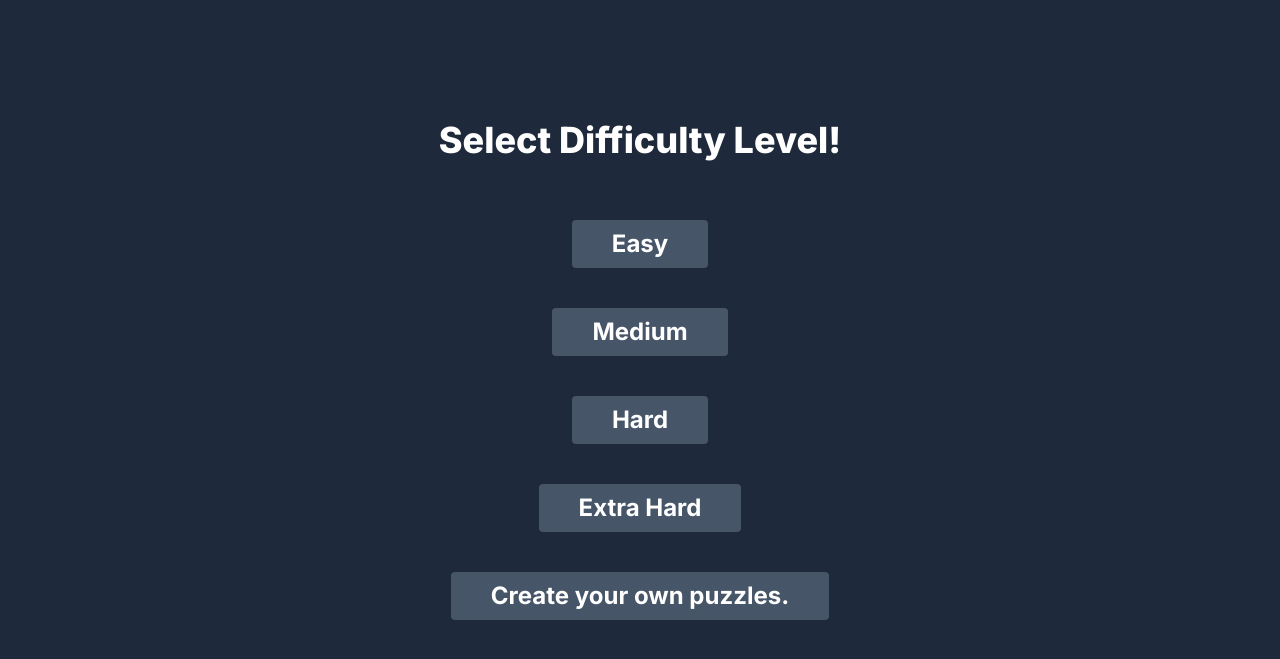
Repository: badhon252/sudoku
Page: /level
These files come from the project's save history. The page is drawn as it stood at one moment and after the next save; the edit follows.
The browser window is 1280 px wide. The pictures show the whole page.
The project was rebuilt for these pictures with package versions that can differ from the ones it lists, and the page was loaded fresh each time. The framework's server and built-in components were replaced by stand-ins that run in the browser. Also part of the build but not shown: next.config.js.

Above is the page before, as saved 2023-06-04 21:56:27.

After the next save:
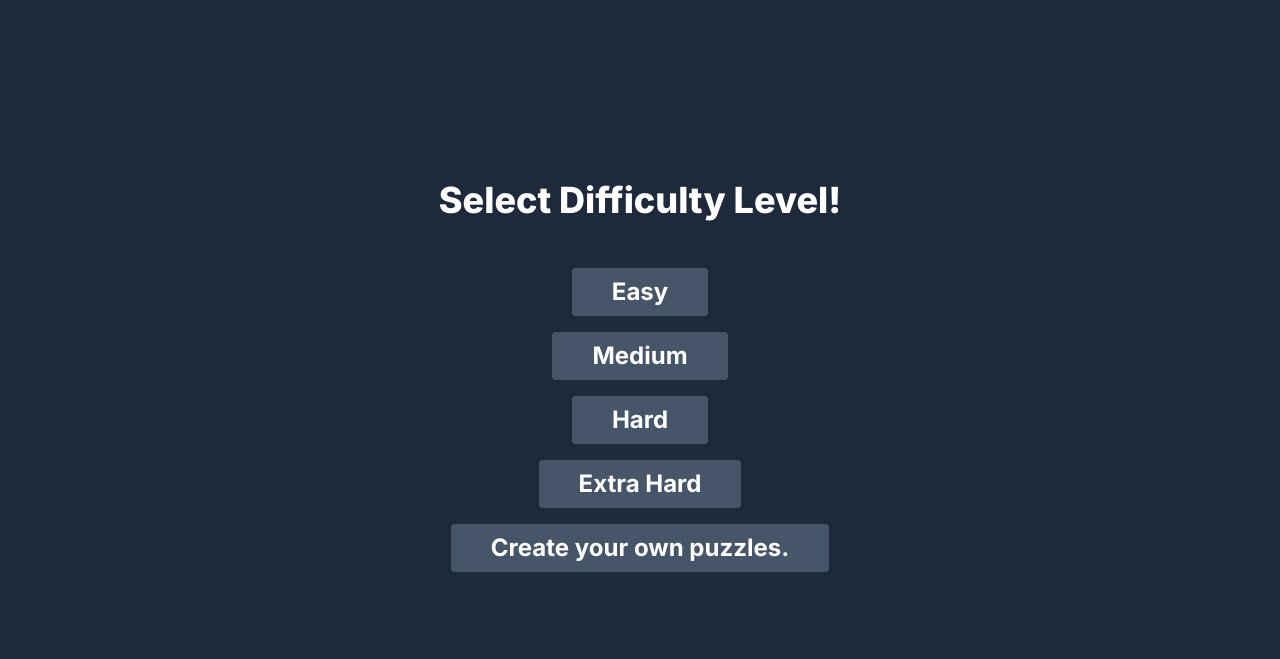
Saved 14 s later.
--- a/app/level/page.tsx
+++ b/app/level/page.tsx
@@ -4,12 +4,12 @@ export default function Level() {
   return (
     <div className='min-h-screen flex flex-col items-center justify-center bg-slate-800 text-white'>
         <h1 className='text-4xl font-extrabold my-10'>Select Difficulty Level! </h1>
-        <button type='button' className='my-5 py-2 px-10 text-2xl font-bold bg-slate-600 rounded'>Easy</button>
-        <button type='button' className='my-5 py-2 px-10 text-2xl font-bold bg-slate-600 rounded'>Medium</button>
-        <button type='button' className='my-5 py-2 px-10 text-2xl font-bold bg-slate-600 rounded'>Hard</button>
-        <button type='button' className='my-5 py-2 px-10 text-2xl font-bold bg-slate-600 rounded'>Extra Hard</button>
+        <button type='button' className='my-2 py-2 px-10 text-2xl font-bold bg-slate-600 rounded'>Easy</button>
+        <button type='button' className='my-2 py-2 px-10 text-2xl font-bold bg-slate-600 rounded'>Medium</button>
+        <button type='button' className='my-2 py-2 px-10 text-2xl font-bold bg-slate-600 rounded'>Hard</button>
+        <button type='button' className='my-2 py-2 px-10 text-2xl font-bold bg-slate-600 rounded'>Extra Hard</button>
 
-        <button type='button' className='my-5 py-2 px-10 text-2xl font-bold bg-slate-600 rounded'>Create your own puzzles.</button>
+        <button type='button' className='my-2 py-2 px-10 text-2xl font-bold bg-slate-600 rounded'>Create your own puzzles.</button>
     </div>
   )
 }
